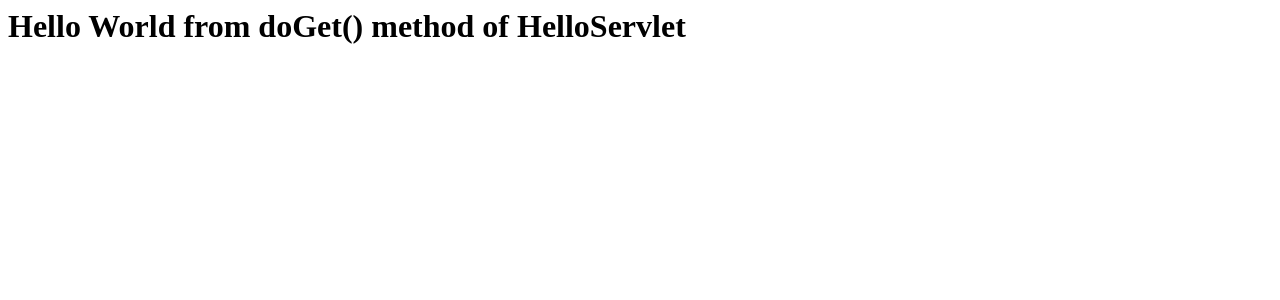
Repository: jacBowGo/revJava
Page: http://localhost/mine_first_servlet_app_demo/hello
These files come from the project's save history. The page is drawn as it stood at one moment and after the next save; the edit follows.
The browser window is 1280 px wide. The pictures show the whole page.
The page is served by Tomcat 9.

Above is the page before, as saved 2020-10-11 18:05:23.

After the next save:
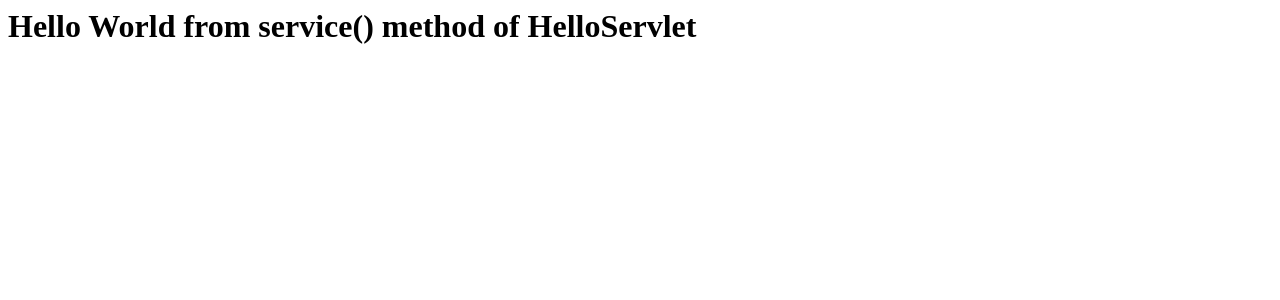
Saved 106 min 17 s later.
--- a/ASSIGNMENTS/mine_first_servlet_app_demo/src/com/app/controller/HelloServlet.java
+++ b/ASSIGNMENTS/mine_first_servlet_app_demo/src/com/app/controller/HelloServlet.java
@@ -25,11 +25,11 @@ public class HelloServlet extends HttpServlet {
 	/**
 	 * @see HttpServlet#service(HttpServletRequest request, HttpServletResponse response)
 	 */
-//	protected void service(HttpServletRequest request, HttpServletResponse response) throws ServletException, IOException {
-//		response.setContentType("text/html");
-//		PrintWriter out = response.getWriter();
-//		out.print("<h1>Hello World from service() method of HelloServlet</h>");
-//	}
+	protected void service(HttpServletRequest request, HttpServletResponse response) throws ServletException, IOException {
+		response.setContentType("text/html");
+		PrintWriter out = response.getWriter();
+		out.print("<h1>Hello World from service() method of HelloServlet</h>");
+	}
 
 	/**
 	 * @see HttpServlet#doGet(HttpServletRequest request, HttpServletResponse response)
